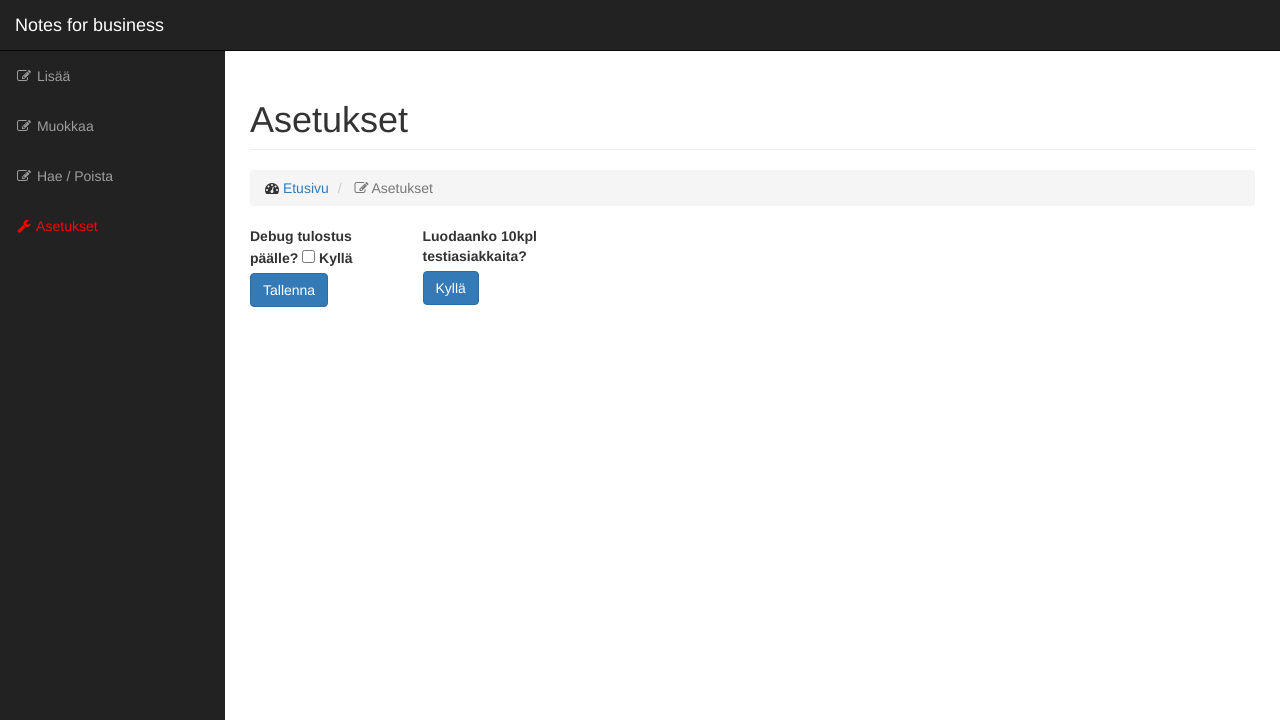
Repository: TommiKurjensalo/php
Page: http://localhost/asetukset.php
These files come from the project's save history. The page is drawn as it stood at one moment and after the next save; the edit follows.
The browser window is 1280 px wide. The pictures show the whole page.
The page is run by PHP 8.4 with error messages shown; the project is at /var/www/html/.

Above is the page before, as saved 2017-04-23 15:00:00.

### sivut/asetukset.php
<?php
require_once "asetuksetLuokka.php";

// Käynnistetään sessio
session_start ();

// Onko painettu tallenna-painiketta
if (isset($_POST["tallenna"])) {
	if (isset($_COOKIE["isDebug"])) {
		echo "<div style='padding-left:300px;'>";
		echo "post debug: ".(isset($_POST["debug"])
				? $_POST["debug"] : 'notSet') ."  tallenna painike valittu </div>";
	}
	// Viedään muodostimelle kenttien arvot
		if (isset($_POST["debug"])) {
			$asetukset = true;

			// Kirjoitetaan session tiedot talteen
			$_SESSION ["asetukset"] = true;
			session_write_close ();

			// Asetetaan cookie, koska debug haluttiin päälle
			setcookie("isDebug", $_POST["debug"], time() +86400, "/sivut/"); // 86400 = 1 day

			echo (isset($_COOKIE["isDebug"]) ? "<br><div style='padding-left:300px;'> Cookies are enabled </div>" : '');

		} else {

				// Tuhotaan cookie, koska käyttäjä niin halusi
				setcookie("isDebug", "", time() - 3600, "/sivut/");

				echo (isset($_COOKIE["isDebug"]) ? "<br><div style='padding-left:300px;'>  if isset post debug else tuhotaan " : '');

				$_SESSION = array ();

					if (isset ( $_COOKIE [session_name ()] )) {
						setcookie ( session_name (), '', time () - 100, '/' );
					}


				$asetukset = false;

				echo (isset($_COOKIE["isDebug"]) ? "<br> Cookies are disabled" :''). "</div>";
		}

	echo (isset($_COOKIE["isDebug"])
			? "<div style='padding-left:300px;'>if cookie debug sisältö: " .(isset($_COOKIE["isDebug"])
					? $_COOKIE["isDebug"] :'false'). "</div>" : '</div>');

} elseif (isset ( $_POST ["debug"] )) {
	if (isset ( $_SESSION ["asetukset"] )) {
		echo (isset($_COOKIE["isDebug"]) ? "<div style='padding-left:300px;'> elseif isset post&session </div>" :'');
		$_SESSION = array ();

		if (isset ( $_COOKIE [session_name ()] )) {
			setcookie ( session_name (), '', time () - 100, '/' );
		}

	}

} else {

	// Sivulle tultiin ensimmäistä kertaa
	// Tehdään false muuttuja
	$asetukset = false;

	if (isset ($_COOKIE["isDebug"] )) {
		if (isset ( $_SESSION ["asetukset"] )) {
			echo (isset($_COOKIE["isDebug"]) ? "<div style='padding-left:300px;'><br>else isset session asetukset sisältö: " .$_SESSION ["asetukset"]. "</div>" :'');
			$asetukset = true;
		}

		$asetukset = true;
		echo (isset($_COOKIE["isDebug"]) ?
		"<div style='padding-left:300px;'>" .
		" else isset cookie debug sisältö: " .$_COOKIE["isDebug"]. "</div>":'');

	} elseif (isset ( $_SESSION ["asetukset"] )) {
		$asetukset = true;
	}



}

?>

<!DOCTYPE html>
<html lang="en">

<head>

    <meta charset="utf-8">
    <meta http-equiv="X-UA-Compatible" content="IE=edge">
    <meta name="viewport" content="width=device-width, initial-scale=1">
    <meta name="description" content="">
    <meta name="author" content="">

    <title>Notes</title>

    <!-- Bootstrap Core CSS -->
    <link href="css/bootstrap.min.css" rel="stylesheet">

    <!-- Custom CSS -->
    <link href="css/sb-admin.css" rel="stylesheet">

    <!-- Custom Fonts -->
    <link href="font-awesome/css/font-awesome.min.css" rel="stylesheet" type="text/css">

    <!-- HTML5 Shim and Respond.js IE8 support of HTML5 elements and media queries -->
    <!-- WARNING: Respond.js doesn't work if you view the page via file:// -->
    <!--[if lt IE 9]>
        <script src="https://oss.maxcdn.com/libs/html5shiv/3.7.0/html5shiv.js"></script>
        <script src="https://oss.maxcdn.com/libs/respond.js/1.4.2/respond.min.js"></script>
    <![endif]-->

</head>

<body>

    <div id="wrapper">

        <!-- Navigation -->
        <nav class="navbar navbar-inverse navbar-fixed-top" role="navigation">
            <!-- Brand and toggle get grouped for better mobile display -->
            <div class="navbar-header">
                 <a class="navbar-brand" href="index.php">Notes for business</a>

            </div>

            <!-- Sidebar Menu Items - These collapse to the responsive navigation menu on small screens -->
            <div class="collapse navbar-collapse navbar-ex1-collapse">
                <ul class="nav navbar-nav side-nav">
                    <li>
                        <a href="lisaa.php"> <i class="fa fa-fw fa-edit"></i> Lisää</a>
                    </li>
                    <li>
                        <a href="muokkaa.php"><i class="fa fa-fw fa-edit"></i> Muokkaa</a>
                    </li>
                    <li>
                        <a href="listaaKaikki.php"><i class="fa fa-fw fa-edit"></i> Hae / Poista</a>
                    </li>
                    <li>
                        <a href="asetukset.php" class="active"><i class="fa fa-fw fa-wrench"></i> Asetukset</a>
                    </li>

                </ul>
            </div>
            <!-- /.navbar-collapse -->
        </nav>

        <div id="page-wrapper">

            <div class="container-fluid">

                <!-- Page Heading -->
                <div class="row">
                    <div class="col-lg-12">
                        <h1 class="page-header">
                            Asetukset
                        </h1>
                        <ol class="breadcrumb">
                            <li>
                                <i class="fa fa-dashboard"></i>  <a href="index.php">Etusivu</a>
                            </li>
                            <li class="active">
                                <i class="fa fa-edit"></i> Asetukset
                            </li>
                        </ol>
                    </div>
                </div>
                <!-- /.row -->

                <div class="row">
                    <div class="col-lg-2">

                        <form class="form-inline" role="form" action="<?php echo htmlspecialchars($_SERVER["PHP_SELF"]);?>" method="post">

                            <div class="form-check form-check-inline">
  							  <label class="form-check-label"> Debug tulostus päälle?
	                                	<input name="debug" type="checkbox" class="form-check-input" value="true"
	                                	<?php echo (($asetukset ===true) ? ' checked' : ''); ?> /> Kyllä</label>
	                                </div>

                          	<div class="form-group">

                            		<input name="tallenna" type="submit" class="btn btn-primary px-2" value="Tallenna"/>
							</div> <!-- ./form-group -->


					</div> <!-- ./col-lg-2 - debug tulostus -->

						<div class="col-lg-2"> <!-- luo testi asiakkaita -->
						<label>Luodaanko 10kpl testiasiakkaita?</label>
							<?php
							if (isset($_POST["luoTestiAsiakkaita"])) {
							try {

								$asiakas = new Asetukset();
								$rivit = $asiakas->lisaaTestiAsiakkaita();

							echo ((stripos($rivit[0], 'lisaa ok') !== FALSE && stripos($rivit[1],
			                      'lisaa_kayttojarjestelma ok') !== FALSE)
			                       ? '<h3 style="color:green"><i class="glyphicon glyphicon-ok">
			                       </i> Testi asiakkaat on lisätty onnistuneesti!'
									: '<h3>Lisäys epäonnistui</h3>');
							} catch (Exception $error) {

								print($error->getMessage());
								echo "<br>";
								}
							}
							?>

							<div class="form-group">
                 					<input name="luoTestiAsiakkaita" type="submit" class="btn btn-primary px-2" value="Kyllä"/>
							</div> <!-- ./form-group -->

						</div> <!-- ./col-lg-2 - luo testi asiakkaita -->

                    </form>
                </div>
                <!-- /.row -->

            </div>
            <!-- /.container-fluid -->

        </div>
        <!-- /#page-wrapper -->

    </div>
    <!-- /#wrapper -->

    <!-- jQuery -->
    <script src="js/jquery.js"></script>

    <!-- Bootstrap Core JavaScript -->
    <script src="js/bootstrap.min.js"></script>

</body>

</html>

### sivut/asetuksetLuokka.php
<?php
require_once "PDO.php";

class Asetukset {
public function lisaaTestiAsiakkaita() {

// *** lisaa ja lisaa_kayttojarjestelma taulun lisäys
$y=0; // muuttuja käyttöjärjestelmä id:tä varten

for ($i=1;$i<=10;$i++) {
	// Luodaan SQL kysely tietojen lisäystä varten
	$sql_lisaa = "INSERT INTO lisaa (asiakkaanNimi,sahkopostiosoite,puhelinNumero,
                        		asennusPaivamaara,levytila,lisatietoa)
                               	VALUE (:asiakkaanNimi,:sahkopostiosoite,:puhelinNumero,
                                :asennusPaivamaara,:levytila,:lisatietoa);";

	// Valmistellaan lause
	$stmt_lisaa = Database :: prepare($sql_lisaa);

	// Jos lausetta ei ole onnistuneesti valmisteltu, annetaan virheilmoitus
	if (! $stmt_lisaa = Database :: prepare($sql_lisaa)) {
		$virhe_lisaa = Database :: errorInfo();

		throw new PDOException($virhe_lisaa[2], $virhe_lisaa[1]);
	}

	// Asetetaan asiakkaan nimi Asiakas?
	$stmt_lisaa->bindValue(":asiakkaanNimi", utf8_decode("Asiakas".$i), PDO::PARAM_STR);

	// Asetetaan sähköposti
	$stmt_lisaa->bindValue(":sahkopostiosoite", utf8_decode("asiakas".$i."@asiakas.org"), PDO::PARAM_STR);

	// Asetetaan puhelinnumero
	$stmt_lisaa->bindValue(":puhelinNumero", utf8_decode("040-123 45".$i), PDO::PARAM_STR);

	// Asetetaan asennuspäivämäärä
	$stmt_lisaa->bindValue(":asennusPaivamaara", utf8_decode("2016-05-" .$i), PDO::PARAM_STR);

	// Asetetaan levytila 20x Gt
	$stmt_lisaa->bindValue(":levytila", utf8_decode("20".$i), PDO::PARAM_INT);


	// Asetetaan lisatietoa
	$stmt_lisaa->bindValue(":lisatietoa", utf8_decode("Lisätietoja koskien asiakasta".$i), PDO::PARAM_STR);

	$tulos = array();

	// Jos SQL kyselylausekkeen ajo epäonnistuu, näytetään virheviesti
	if (! $stmt_lisaa->execute()) {
		$virhe_lisaa = $stmt_lisaa->errorInfo();
		$tulos[] = $virhe_lisaa;

		if ($virhe_lisaa[0] == "HY093") {
			$virhe_lisaa[2] = "Invalid parameter";
		}
		throw new PDOException($virhe_lisaa[2], $virhe_lisaa[1]);
	} else {
		$tulos[] = "lisaa ok";
	}

	// debuggausta varten
	if (isset($_COOKIE["isDebug"])) {
		echo "<br>var_dump: ".	var_dump($lisaa). "<br>";
		echo "INSERT INTO lisaa (lisaaId,asiakkaanNimi,sahkopostiosoite,puhelinNumero,
				asennusPaivamaara,levytila,lisatietoa)
				VALUE (:lisaaId,\"".$lisaa->getAsiakkaanNimi()."\",\"" .$lisaa->getSahkopostiosoite(). "\",\"" .$lisaa->getPuhelinNumero()."\",
				\"".$asennusPaivamaara."\",\"".$lisaa->getLevytila()."\",\"".$lisaa->getLisatietoa()."\");";

		echo '<br>';
	}

	// Määritellään kayttojarjestelmaId välille 1-4
	// Loopataan numeroiden 1-4 välillä
	if ($y >=4) { $y=1; } else { $y++; }

	// SQL lauseke
	$sql_linkkaus = "INSERT INTO lisaa_kayttojarjestelma (kayttoJarjestelmaId,lisaaId)
                     VALUE (:kayttoJarjestelmaId,:lisaaId);";

	// Valmistellaan lause
	$stmt_linkkaus = Database :: prepare($sql_linkkaus);

	// Jos lausetta ei ole onnistuneesti valmisteltu, annetaan virheilmoitus
	if (! $stmt_linkkaus = Database :: prepare($sql_linkkaus)) {
		$virhe_linkkaus = Database :: errorInfo();

		throw new PDOException($virhe_linkkaus[2], $virhe_linkkaus[1]);
	}

	// Asetetaan käyttöjärjestelmä id
	$stmt_linkkaus->bindValue(":kayttoJarjestelmaId", utf8_decode($y), PDO::PARAM_STR);

	// Asetetaan lisaa id
	$stmt_linkkaus->bindValue(":lisaaId", utf8_decode(Database::lastInsertId()), PDO::PARAM_INT);

	// Jos SQL kyselylausekkeen ajo epäonnistuu, näytetään virheviesti
	if (! $stmt_linkkaus->execute()) {
		$virhe_linkkaus = $stmt_linkkaus->errorInfo();
		$tulos[] = $virhe_linkkaus;
		if ($virhe_linkkaus[0] == "HY093") {
			$virhe_linkkaus[2] = "Invalid parameter";
		}

		throw new PDOException($virhe_linkkaus[2], $virhe_linkkaus[1]);
	} else {
		$tulos[] = "lisaa_kayttojarjestelma ok";
	}

	if (isset($_COOKIE["isDebug"])) {
		echo "INSERT INTO lisaa_kayttojarjestelma (kayttoJarjestelmaId,lisaaId)
              VALUE (\"".$y."\",\"".Database::lastInsertId()."\");";
	}

} // .for loop


	$this->lkm = $stmt_lisaa->rowCount();
	$tulos[] = $this->lkm;
	return $tulos;

} // function lisaaTestiAsiakkaita
}
?>

### sivut/PDO.php
<?php

class Database {

	// Määritellään $link muuttujalle arvo null
	private static $link = null ;

	// Luodaan funktio getLink, joka palauttaa $link arvon, jos se on true
	private static function getLink ( ) {
		if ( self :: $link ) {
			return self :: $link ;
		}

		// Määritellään asetustiedosto
		$ini = "pdo_settings.ini" ;

		// Määritetään, muuttujalle asetustiedoston sisältö, jos tiedostoa ei löydy annettaan virheilmoitus
		//$parse = parse_ini_file ( $ini , TRUE ) ;
		if (!$parse = parse_ini_file($ini, TRUE,INI_SCANNER_TYPED)) throw new exception('Ei pystytty avaamaan tiedostoa ' . $ini . '.');

		// Annetaan muuttujille arvot asetustiedostosta
		$driver = $parse [ "db_driver" ] ;
		$dsn = "${driver}:" ;
		$user = $parse [ "db_user" ] ;
		$password = $parse [ "db_password" ] ;
		$options = $parse [ "db_options" ] ;
		$attributes = $parse [ "db_attributes" ] ;

		// Luodaan [dsn] lohkon avulla $dsn muuttujan parametrit
		foreach ( $parse [ "dsn" ] as $k => $v ) {
			$dsn .= "${k}=${v};" ;
		}

		// Avataan uusi PDO yhteys annetuilla arvoilla
		self :: $link = new PDO ( $dsn, $user, $password, $options ) ;


		// Käydään attribuutit läpi ja ajetaan ne
		foreach ( $attributes as $k => $v ) {

			self :: $link -> setAttribute ( constant ( "{$k}" )
			, constant ( "{$v}" ) );
			//echo ( "link -> setAttribute (" .$k.", ".$v. ")" );
		}


		// Palautetaan $link (yhteys)
		return self :: $link ;

} // getLink

	// Pyytää linkin tiedon array listaan
	public static function __callStatic ( $name, $args ) {
		$callback = array ( self :: getLink ( ), $name ) ;
		return call_user_func_array ( $callback , $args ) ;
	}

	// Yksinkertainen funtio, joka testaa onko yhteys päällä
	public function isConnected()
	{
		try {
			return (bool) Database::query('SELECT 1+1');
		} catch (PDOException $e) {
			return FALSE;
		}
	} // isConnected
} // Database

?>

### sivut/css/sb-admin.css
/*!
 * Start Bootstrap - SB Admin (http://startbootstrap.com/)
 * Copyright 2013-2016 Start Bootstrap
 * Licensed under MIT (https://github.com/BlackrockDigital/startbootstrap/blob/gh-pages/LICENSE)
 */

/* Global Styles */

body {
    margin-top: 100px;
   /* background-color: #222; */
}

@media(min-width:768px) {
    body {
        margin-top: 50px;
    }
}

#wrapper {
    padding-left: 0;
}

#page-wrapper {
    width: 100%;
    padding: 0;
    background-color: #fff;
}

.huge {
    font-size: 50px;
    line-height: normal;
}

@media(min-width:768px) {
    #wrapper {
        padding-left: 225px;
    }

    #page-wrapper {
        padding: 10px;
    }
}

/* Top Navigation */

.top-nav {
    padding: 0 15px;
}

.top-nav>li {
    display: inline-block;
    float: left;
}

.top-nav>li>a {
    padding-top: 15px;
    padding-bottom: 15px;
    line-height: 20px;
    color: #999;
}

.top-nav>li>a:hover,
.top-nav>li>a:focus,
.top-nav>.open>a,
.top-nav>.open>a:hover,
.top-nav>.open>a:focus {
    color: #fff;
    background-color: #000;
}

.top-nav>.open>.dropdown-menu {
    float: left;
    position: absolute;
    margin-top: 0;
    border: 1px solid rgba(0,0,0,.15);
    border-top-left-radius: 0;
    border-top-right-radius: 0;
    background-color: #fff;
    -webkit-box-shadow: 0 6px 12px rgba(0,0,0,.175);
    box-shadow: 0 6px 12px rgba(0,0,0,.175);
}

.top-nav>.open>.dropdown-menu>li>a {
    white-space: normal;
}

ul.message-dropdown {
    padding: 0;
    max-height: 250px;
    overflow-x: hidden;
    overflow-y: auto;
}

li.message-preview {
    width: 275px;
    border-bottom: 1px solid rgba(0,0,0,.15);
}

li.message-preview>a {
    padding-top: 15px;
    padding-bottom: 15px;
}

li.message-footer {
    margin: 5px 0;
}

ul.alert-dropdown {
    width: 200px;
}

/* Side Navigation */

@media(min-width:768px) {
    .side-nav {
        position: fixed;
        top: 51px;
        left: 225px;
        width: 225px;
        margin-left: -225px;
        border: none;
        border-radius: 0;
        overflow-y: auto;
        background-color: #222;
        bottom: 0;
        overflow-x: hidden;
        padding-bottom: 40px;
    }

    .side-nav>li>a {
        width: 225px;
    }

	.nav .navbar-nav .side-nav > .active > a {
        color:red !important;
    }

	.side-nav a.active{
        color:red !important;
    }

    .side-nav li a:hover,
    .side-nav li a:focus {
        outline: none;
        background-color: #000 !important;
    }
}

.side-nav>li>ul {
    padding: 0;
}

.side-nav>li>ul>li>a {
    display: block;
    padding: 10px 15px 10px 38px;
    text-decoration: none;
    color: #999;
}

.side-nav>li>ul>li>a:hover {
    color: #fff;
}

/* Flot Chart Containers */

.flot-chart {
    display: block;
    height: 400px;
}

.flot-chart-content {
    width: 100%;
    height: 100%;
}

/* Custom Colored Panels */

.huge {
    font-size: 40px;
}

.panel-green {
    border-color: #5cb85c;
}

.panel-green > .panel-heading {
    border-color: #5cb85c;
    color: #fff;
    background-color: #5cb85c;
}

.panel-green > a {
    color: #5cb85c;
}

.panel-green > a:hover {
    color: #3d8b3d;
}

.panel-red {
    border-color: #d9534f;
}

.panel-red > .panel-heading {
    border-color: #d9534f;
    color: #fff;
    background-color: #d9534f;
}

.panel-red > a {
    color: #d9534f;
}

.panel-red > a:hover {
    color: #b52b27;
}

.panel-yellow {
    border-color: #f0ad4e;
}

.panel-yellow > .panel-heading {
    border-color: #f0ad4e;
    color: #fff;
    background-color: #f0ad4e;
}

.panel-yellow > a {
    color: #f0ad4e;
}

.panel-yellow > a:hover {
    color: #df8a13;
}

@media screen and (max-width: 1024px) {
				.etusivu {
				left: 50%;
				margin-left: -512px; }
		}

.etusivu {
			background: linear-gradient(to bottom,rgba(0, 0, 0, 0), rgba(0, 0, 0, 0.4)
			),url(../img/film-background.jpg);
			position: fixed;
			overflow: hidden;
			left: 0;
	  		/* Set rules to fill background */
			min-height: 100%;
			min-width: 1024px;

			/* Set up proportionate scaling */
			width: 100%;
			height: auto;
    	}

.etusivu > h1 {
		     margin: 0;
			 color: white;
			 padding: 10% 0 0 50%;
			 text-shadow: 10px 10px 0 black;
		 }

hr {
   display: block;
   position: relative;
   height: 0;
   width: 100%;
   max-height: 0;
   font-size: 1px;
   line-height: 10px;
   clear: both;
   border: none;
   border-top: 2px solid #aaaaaa;
   border-bottom: 2px solid #ffffff;
}

.table-hover>tbody>tr:hover>td, .table-hover>tbody>tr:hover>th {
  background-color: #646464;
  color:#eeeeee;
}

Loaded but not shown: sivut/css/bootstrap.min.css (library); sivut/font-awesome/css/font-awesome.min.css (library); sivut/js/jquery.js (library); sivut/js/bootstrap.min.js (library)

After the next save:
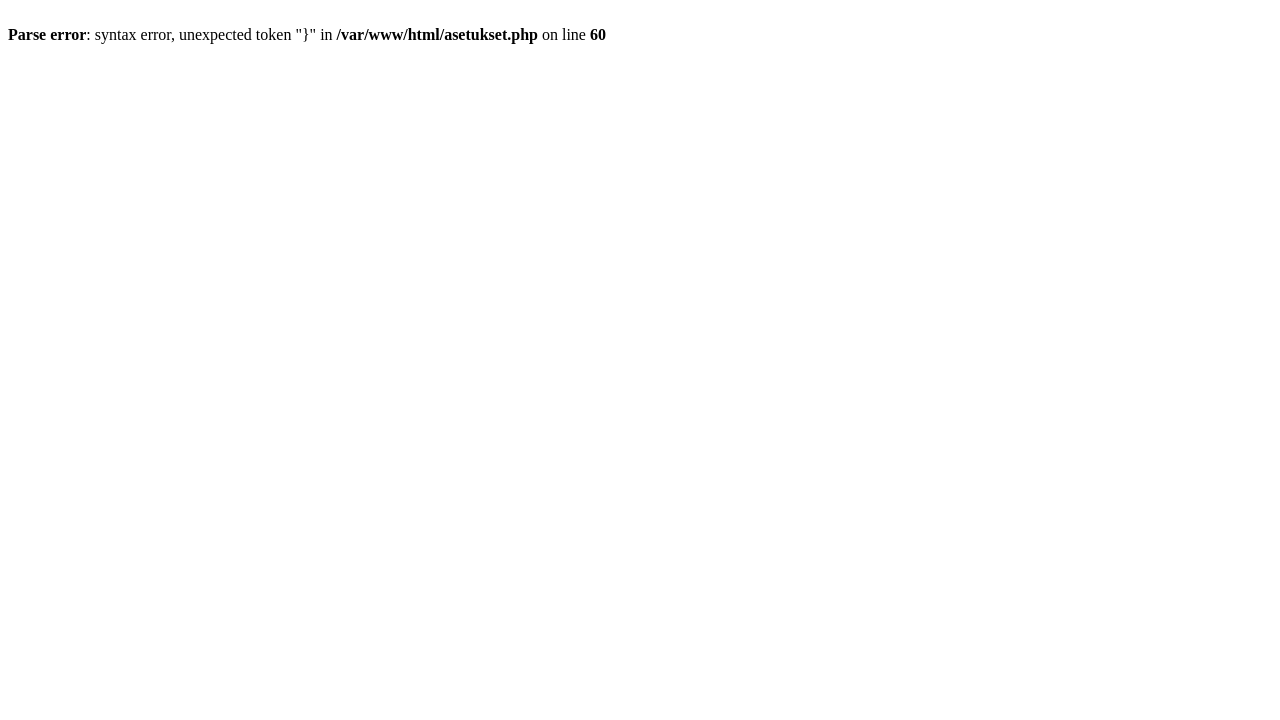
Saved 104 s later.
--- a/sivut/asetukset.php
+++ b/sivut/asetukset.php
@@ -37,7 +37,7 @@
 						setcookie ( session_name (), '', time () - 100, '/' );
 					}
 
-
+				session_unset();
 				$asetukset = false;
 
 				echo (isset($_COOKIE["isDebug"]) ? "<br> Cookies are disabled" :''). "</div>";
@@ -56,6 +56,7 @@
 			setcookie ( session_name (), '', time () - 100, '/' );
 		}
 
+		session_unset()
 	}
 
 } else {

After the save that followed:
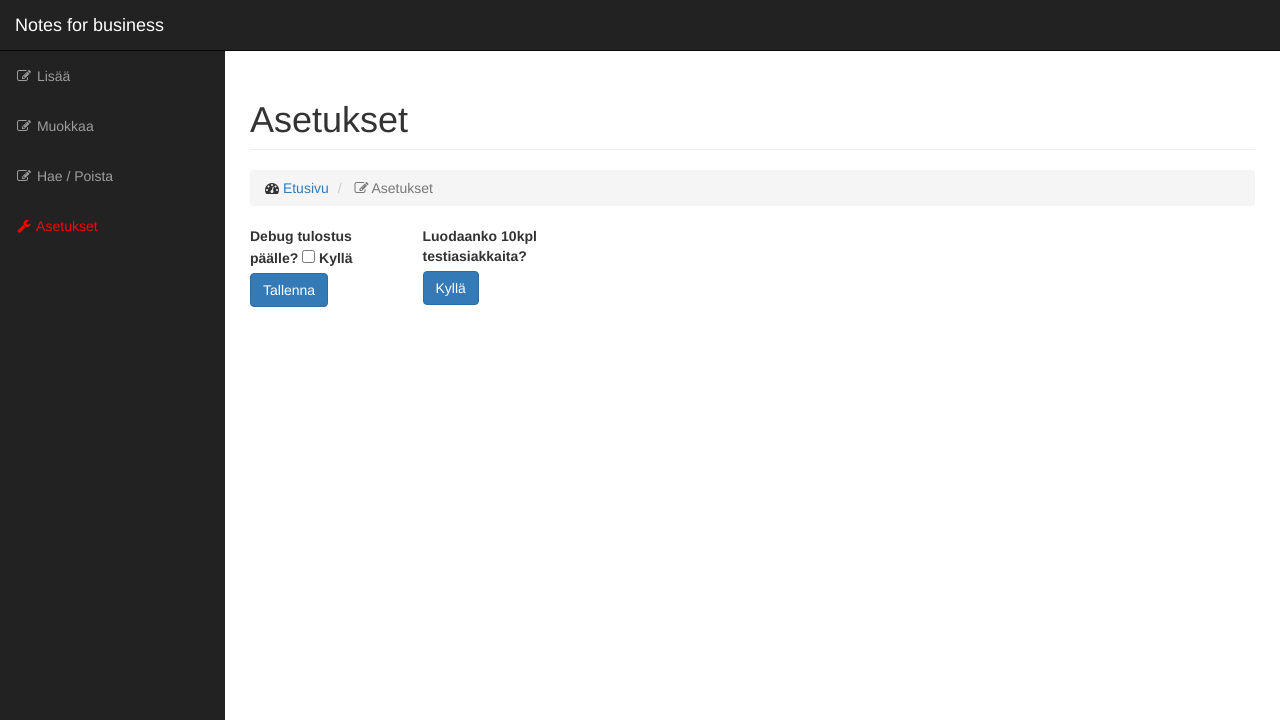
Saved 4 s later.
--- a/sivut/asetukset.php
+++ b/sivut/asetukset.php
@@ -56,7 +56,7 @@
 			setcookie ( session_name (), '', time () - 100, '/' );
 		}
 
-		session_unset()
+		session_unset();
 	}
 
 } else {
